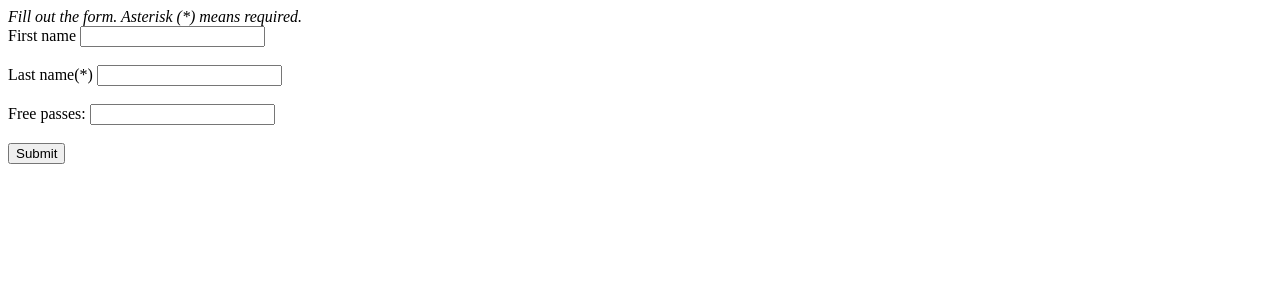
Repository: Mostafayehya/Spring-Hibernate-for-beginners-course-code
Page: http://localhost/spring-mvc-demo/customer/showForm
An editor plug-in stored every save of this project. The page is shown before and after the next save, followed by the edit.
The browser window is 1280 px wide. The pictures show the whole page.
The page is served by Tomcat 9. Other server files are loaded and not shown.

Above is the page before, as saved 2019-12-03 11:23:08.

### spring-mvc-demo/WebContent/WEB-INF/view/customer-form.jsp
<%@ taglib prefix="form" uri="http://www.springframework.org/tags/form"%>

<!DOCTYPE html>
<html>
<head>
<title>Customer registeration</title>

<style>
.error {
	color: red;
}
</style>
</head>

<body>

	<i>Fill out the form. Asterisk (*) means required.</i>
	<br>
	<form:form action="processForm" modelAttribute="customer">

		First name <form:input path="firstName" />
		<br>
		<br>
		Last name(*) <form:input path="lastName" />
		<form:errors path="lastName" cssClass="error"></form:errors>
		<br>
		<br>
		Free passes: <form:input path="freePasses"/>
		<form:errors path="freePasses" cssClass="error"></form:errors>
		<br>
		<br>

		<input type="submit" value="Submit" />
	</form:form>

</body>
</html>

After the next save:
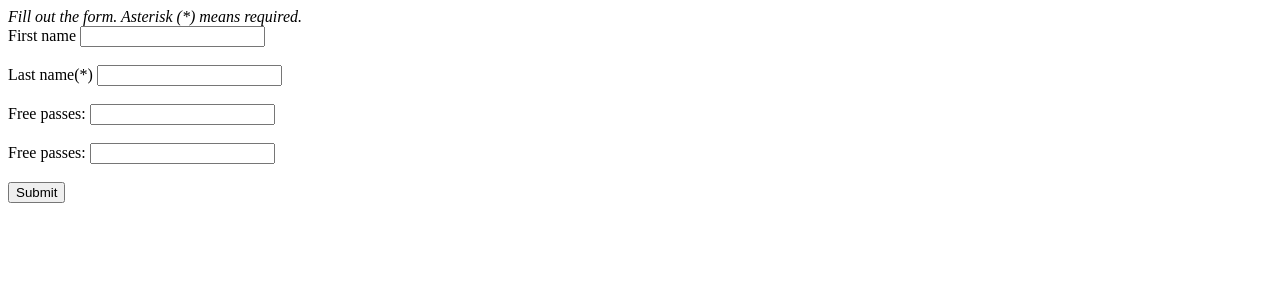
Saved 50 s later.
--- a/spring-mvc-demo/WebContent/WEB-INF/view/customer-form.jsp
+++ b/spring-mvc-demo/WebContent/WEB-INF/view/customer-form.jsp
@@ -29,6 +29,10 @@
 		<form:errors path="freePasses" cssClass="error"></form:errors>
 		<br>
 		<br>
+		Free passes: <form:input path="freePasses"/>
+		<form:errors path="freePasses" cssClass="error"></form:errors>
+		<br>
+		<br>
 
 		<input type="submit" value="Submit" />
 	</form:form>
